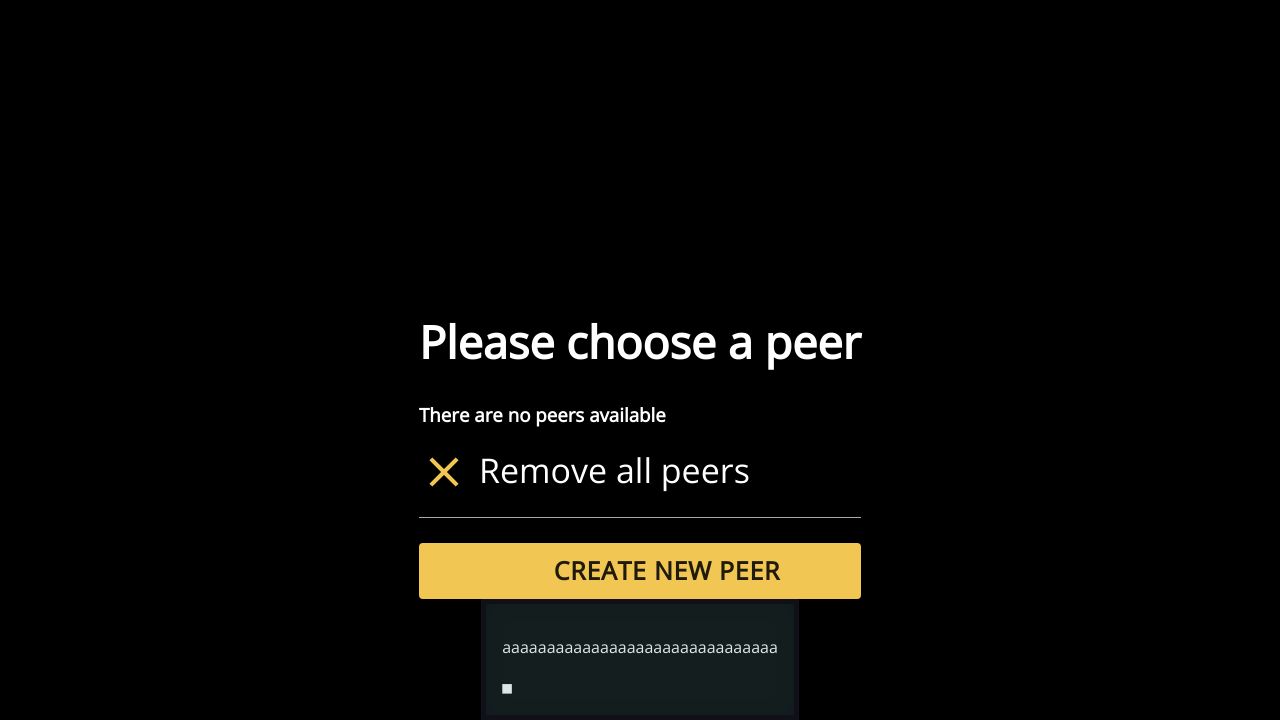
Repository: Bachdz/ASAP-Gui-Frontend
Page: /login
The author's editor kept a copy of each file at every save. The page is drawn from the files as they stood at one save, then again after the next save.
The browser window is 1280 px wide. The pictures show the whole page.
The page's requests for data from a server got no answer. The project was rebuilt for these pictures with package versions that can differ from the ones it lists, and the page was loaded fresh each time. No one was signed in, and anything a server would have sent is missing. Also part of the build but not shown: src/css/loginscreen/Peer.css, src/components/fragments/Footer.js, src/components/mainscreen/subcomponents/Apps.js, src/css/mainscreen/Main.css, src/components/mainscreen/Main.js.

Above is the page before, as saved 2020-12-16 19:17:44.

After the next save:
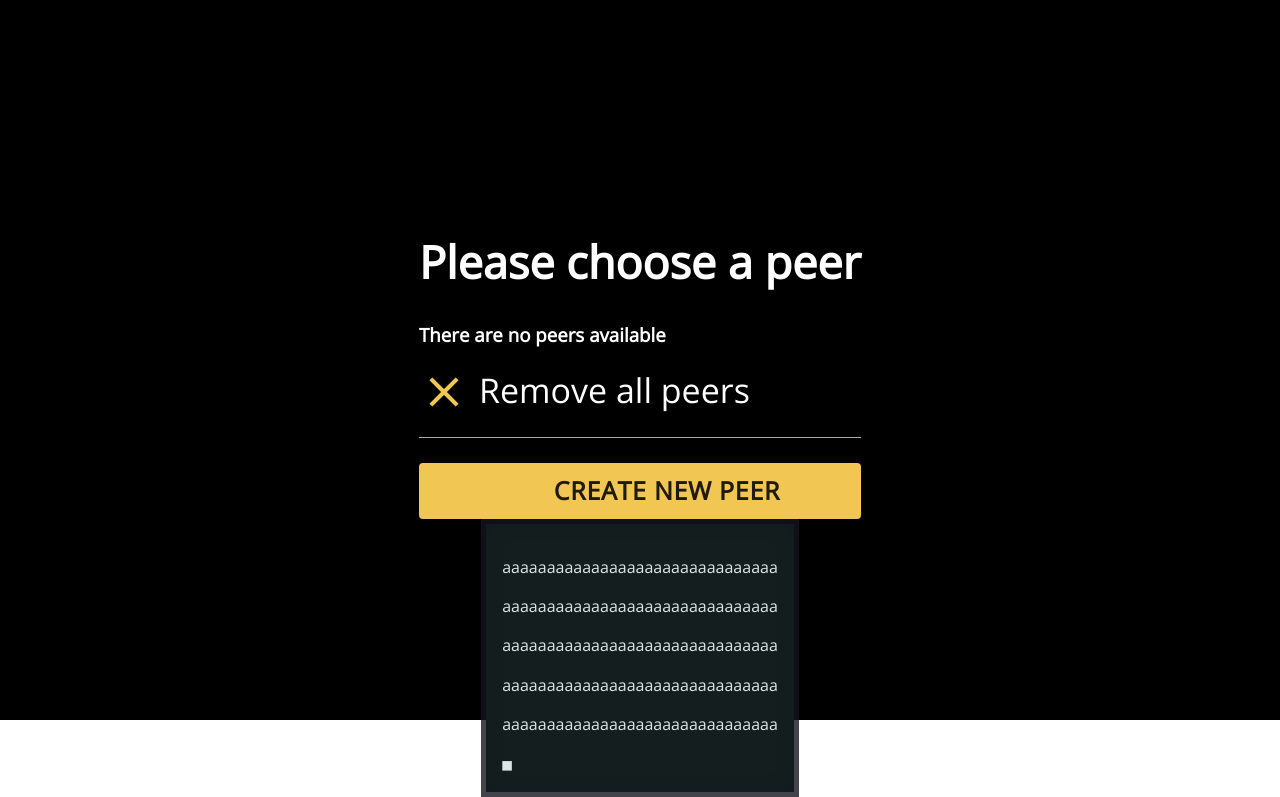
Saved 4 s later.
--- a/src/components/fragments/Terminal.js
+++ b/src/components/fragments/Terminal.js
@@ -8,6 +8,10 @@ export default function Terminal() {
         <div className="console">
             <pre class="i-has-teh-code">
                 <p>aaaaaaaaaaaaaaaaaaaaaaaaaaaaaaa</p>
+                <p>aaaaaaaaaaaaaaaaaaaaaaaaaaaaaaa</p>
+                <p>aaaaaaaaaaaaaaaaaaaaaaaaaaaaaaa</p>
+                <p>aaaaaaaaaaaaaaaaaaaaaaaaaaaaaaa</p>
+                <p>aaaaaaaaaaaaaaaaaaaaaaaaaaaaaaa</p>
                 <p></p>
 
             </pre>
